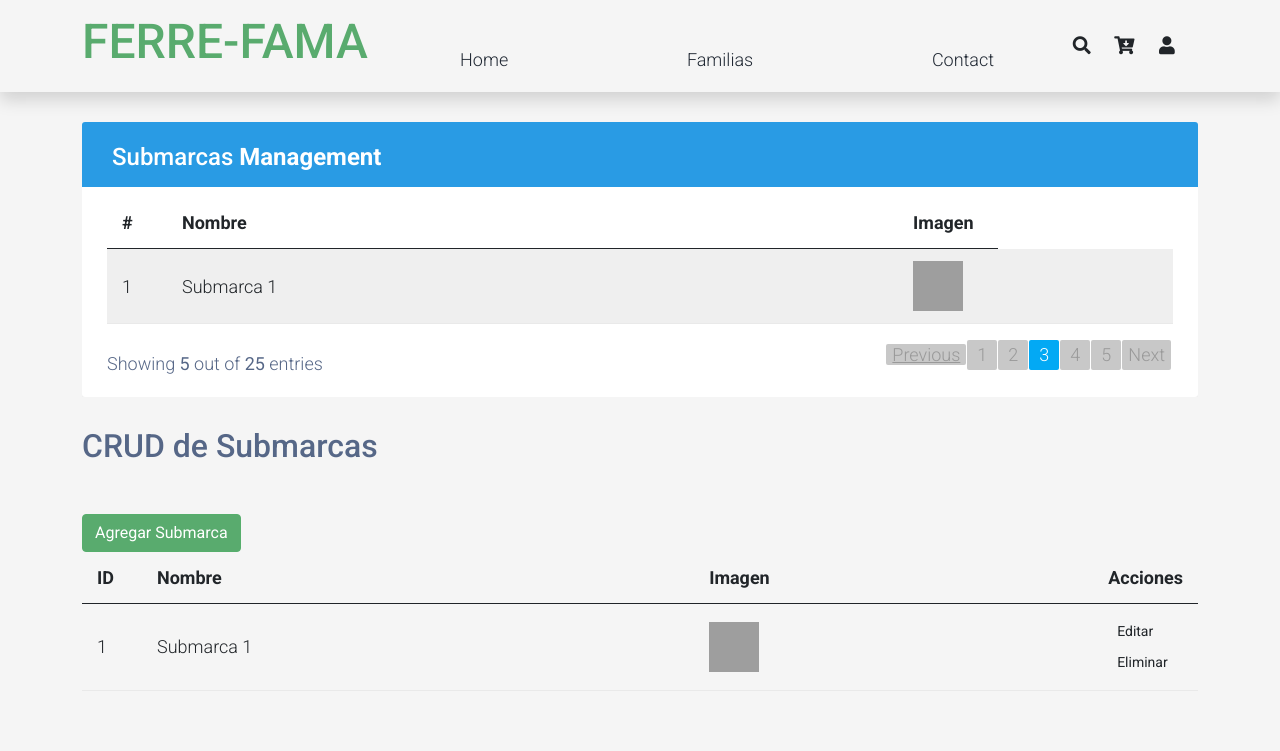
Repository: Yaqode/front-fama
Page: http://localhost/multimedia/Views/marcas.php
An editor plug-in stored every save of this project. The page is shown before and after the next save, followed by the edit.
The browser window is 1280 px wide. The pictures show the whole page.
Pictures or frames that could not be fetched are drawn as grey boxes. The page is run by PHP 8.4 with error messages shown; the project is at /var/www/html/.

Above is the page before, as saved 2023-12-07 11:12:59.

### Views/marcas.php
<!DOCTYPE html>
<html lang="es">

<head>
    <meta charset="UTF-8">
    <meta name="viewport" content="width=device-width, initial-scale=1.0">
    <title>Marcas</title>
    <link rel="apple-touch-icon" href="img/apple-icon.png">
    <link rel="shortcut icon" type="image/x-icon" href="img/favicon.ico">
    <link rel="stylesheet" href="./../css/bootstrap.min.css">
    <link rel="stylesheet" href="./../css/templatemo.css">
    <link rel="stylesheet" href="./../css/style.css">
    <!-- Load fonts style after rendering the layout styles -->
    <link rel="stylesheet"
        href="https://fonts.googleapis.com/css2?family=Roboto:wght@100;200;300;400;500;700;900&display=swap">
    <link rel="stylesheet" href="./../css/fontawesome.min.css">

</head>

<style>
    body {
        color: #566787;
        background: #f5f5f5;
        font-family: 'Varela Round', sans-serif;
        font-size: 13px;
    }
    .table-responsive {
        margin: 30px 0;
    }
    .table-wrapper {
        min-width: 1000px;
        background: #fff;
        padding: 20px 25px;
        border-radius: 3px;
        box-shadow: 0 1px 1px rgba(0,0,0,.05);
    }
    .table-title {
        padding-bottom: 15px;
        background: #299be4;
        color: #fff;
        padding: 16px 30px;
        margin: -20px -25px 10px;
        border-radius: 3px 3px 0 0;
    }
    .table-title h2 {
        margin: 5px 0 0;
        font-size: 24px;
    }
    .table-title .btn {
        color: #566787;
        float: right;
        font-size: 13px;
        background: #fff;
        border: none;
        min-width: 50px;
        border-radius: 2px;
        border: none;
        outline: none !important;
        margin-left: 10px;
    }
    .table-title .btn:hover, .table-title .btn:focus {
        color: #566787;
        background: #f2f2f2;
    }
    .table-title .btn i {
        float: left;
        font-size: 21px;
        margin-right: 5px;
    }
    .table-title .btn span {
        float: left;
        margin-top: 2px;
    }
    table.table tr th, table.table tr td {
        border-color: #e9e9e9;
        padding: 12px 15px;
        vertical-align: middle;
    }
    table.table tr th:first-child {
        width: 60px;
    }
    table.table tr th:last-child {
        width: 100px;
    }
    table.table-striped tbody tr:nth-of-type(odd) {
        background-color: #fcfcfc;
    }
    table.table-striped.table-hover tbody tr:hover {
        background: #f5f5f5;
    }
    table.table th i {
        font-size: 13px;
        margin: 0 5px;
        cursor: pointer;
    }
    table.table td:last-child i {
        opacity: 0.9;
        font-size: 22px;
        margin: 0 5px;
    }
    table.table td a {
        font-weight: bold;
        color: #566787;
        display: inline-block;
        text-decoration: none;
    }
    table.table td a:hover {
        color: #2196F3;
    }
    table.table td a.settings {
        color: #2196F3;
    }
    table.table td a.delete {
        color: #F44336;
    }
    table.table td i {
        font-size: 19px;
    }
    table.table .avatar {
        border-radius: 50%;
        vertical-align: middle;
        margin-right: 10px;
    }
    .status {
        font-size: 30px;
        margin: 2px 2px 0 0;
        display: inline-block;
        vertical-align: middle;
        line-height: 10px;
    }
    .text-success {
        color: #10c469;
    }
    .text-info {
        color: #62c9e8;
    }
    .text-warning {
        color: #FFC107;
    }
    .text-danger {
        color: #ff5b5b;
    }
    .pagination {
        float: right;
        margin: 0 0 5px;
    }
    .pagination li a {
        border: none;
        font-size: 13px;
        min-width: 30px;
        min-height: 30px;
        color: #999;
        margin: 0 2px;
        line-height: 30px;
        border-radius: 2px !important;
        text-align: center;
        padding: 0 6px;
    }
    .pagination li a:hover {
        color: #666;
    }
    .pagination li.active a, .pagination li.active a.page-link {
        background: #03A9F4;
    }
    .pagination li.active a:hover {
        background: #0397d6;
    }
    .pagination li.disabled i {
        color: #ccc;
    }
    .pagination li i {
        font-size: 16px;
        padding-top: 6px
    }
    .hint-text {
        float: left;
        margin-top: 10px;
        font-size: 13px;
    }
</style>

<!-- Header -->
<nav class="navbar navbar-expand-lg navbar-light shadow">
    <div class="container d-flex justify-content-between align-items-center">

        <a class="navbar-brand text-success logo h1 align-self-center" href="index.html">
            FERRE-FAMA
        </a>

        <button class="navbar-toggler border-0" type="button" data-bs-toggle="collapse"
            data-bs-target="#templatemo_main_nav" aria-controls="navbarSupportedContent" aria-expanded="false"
            aria-label="Toggle navigation">
            <span class="navbar-toggler-icon"></span>
        </button>

        <div class="align-self-center collapse navbar-collapse flex-fill  d-lg-flex justify-content-lg-between"
            id="templatemo_main_nav">
            <div class="flex-fill">
                <ul class="nav navbar-nav d-flex justify-content-between mx-lg-auto">
                    <li class="nav-item">
                        <a class="nav-link" href="">Home</a>
                    </li>
                    <li class="nav-item">
                        <a class="nav-link" href="">Familias</a>
                    </li>
                    <li class="nav-item">
                        <a class="nav-link" href="">Contact</a>
                    </li>
                </ul>
            </div>
            <div class="navbar align-self-center d-flex">
                <div class="d-lg-none flex-sm-fill mt-3 mb-4 col-7 col-sm-auto pr-3">
                    <div class="input-group">
                        <input type="text" class="form-control" id="inputMobileSearch" placeholder="Search ...">
                        <div class="input-group-text">
                            <i class="fa fa-fw fa-search"></i>
                        </div>
                    </div>
                </div>
                <a class="nav-icon d-none d-lg-inline" href="#" data-bs-toggle="modal"
                    data-bs-target="#templatemo_search">
                    <i class="fa fa-fw fa-search text-dark mr-2"></i>
                </a>
                <a class="nav-icon position-relative text-decoration-none" href="">
                    <i class="fa fa-fw fa-cart-arrow-down text-dark mr-1"></i>
                    <span
                        class="position-absolute top-0 left-100 translate-middle badge rounded-pill bg-light text-dark"></span>
                </a>
                <a class="nav-icon position-relative text-decoration-none" href="Views/login.php">
                    <i class="fa fa-fw fa-user text-dark mr-3"></i>
                    <span
                        class="position-absolute top-0 left-100 translate-middle badge rounded-pill bg-light text-dark"></span>
                </a>
            </div>
        </div>

    </div>
</nav>
<!-- Close Header -->


<div class="container-xl">
    <div class="table-responsive">
        <div class="table-wrapper">
            <div class="table-title">
                <div class="row">
                    <div class="col-sm-5">
                        <h2>Submarcas <b>Management</b></h2>
                    </div>
                </div>
            </div>
            <table class="table table-striped table-hover">
                <thead>
                    <tr>
                        <th>#</th>
                        <th>Nombre</th>
                        <th>Imagen</th>
                    </tr>
                </thead>
                <tbody>
                    <tr>
                        <td>1</td>
                        <td>Submarca 1</td>
                        <!-- La columna de la imagen puede contener una etiqueta img -->
                        <td><img src="ruta_de_la_imagen/submarca1.jpg" alt="" style="width: 50px; height: 50px;"></td>
                        <td>
                    </tr>

                </tbody>
            </table>
            <div class="clearfix">
                <div class="hint-text">Showing <b>5</b> out of <b>25</b> entries</div>
                <ul class="pagination">
                    <li class="page-item disabled"><a href="#">Previous</a></li>
                    <li class="page-item"><a href="#" class="page-link">1</a></li>
                    <li class="page-item"><a href="#" class="page-link">2</a></li>
                    <li class="page-item active"><a href="#" class="page-link">3</a></li>
                    <li class="page-item"><a href="#" class="page-link">4</a></li>
                    <li class="page-item"><a href="#" class="page-link">5</a></li>
                    <li class="page-item"><a href="#" class="page-link">Next</a></li>
                </ul>
            </div>
        </div>
    </div>
</div>


<div class="container">
    <h2 class="mb-4">CRUD de Submarcas</h2>

    <!-- Botón para abrir el modal de agregar submarca -->
    <button type="button" class="btn btn-success text-white mt-4" data-bs-toggle="modal"
        data-bs-target="#modalSubmarca">
        Agregar Submarca
    </button>

    <!-- Tabla para mostrar las submarcas -->
    <table class="table">
        <thead>
            <tr>
                <th>ID</th>
                <th>Nombre</th>
                <th>Imagen</th>
                <th>Acciones</th>
            </tr>
        </thead>
        <tbody>
            <!-- Aquí se agregarán las filas de submarcas dinámicamente desde el servidor -->
            <tr>
                <td>1</td>
                <td>Submarca 1</td>
                <!-- La columna de la imagen puede contener una etiqueta img -->
                <td><img src="ruta_de_la_imagen/submarca1.jpg" alt="" style="width: 50px; height: 50px;"></td>
                <td>
                    <!-- Botones para editar y eliminar cada submarca -->
                    <button type="button" class="btn btn-editar btn-sm" data-toggle="modal"
                        data-target="#modalEditarSubmarca">
                        Editar
                    </button>
                    <button type="button" class="btn btn-eliminar btn-sm" data-toggle="modal"
                        data-target="#modalEliminarSubmarca">
                        Eliminar
                    </button>
                </td>
            </tr>
        </tbody>
    </table>
</div>

<!-- Modal para agregar submarca -->
<div class="modal fade" id="modalSubmarca" tabindex="-1" aria-labelledby="exampleModalLabel" aria-hidden="true">
    <div class="modal-dialog modal-lg">
        <div class="modal-content">
            <div class="modal-header">
                <h1 class="modal-title fs-5" id="exampleModalLabel">Agregar Submarca</h1>
                <button type="button" class="btn-close" data-bs-dismiss="modal" aria-label="Close"></button>
            </div>
            <div class="modal-body">
                <!-- Formulario para agregar submarca -->
                <form id="submarcaForm">
                    <div class="mb-3 d-flex justify-content-center align-items-center">
                        <label for="marcaSelect" class="form-label me-3">Marca:</label>
                        <select class="form-select me-3" id="marcaSelect" required>
                            <option value="marca1">Marca 1</option>
                            <option value="marca2">Marca 2</option>
                            <!-- Agrega más opciones según sea necesario -->
                        </select>
                        <button type="button" class="btn btn-success" data-bs-toggle="modal"
                            data-bs-target="#modalAgregarMarca">
                            Agregar Modal Marca
                        </button>
                    </div>
                    <div class="mb-3">
                        <label for="submarcaInput" class="form-label">Nombre de la Submarca:</label>
                        <input type="text" class="form-control" id="submarcaInput" required>
                    </div>
                    <div class="mb-3">
                        <label for="logoInput" class="form-label">Agregar Logo:</label>
                        <input type="file" class="form-control" id="logoInput" accept="image/*">
                    </div>
                </form>
            </div>
            <div class="modal-footer">
                <button type="button" class="btn btn-secondary" data-bs-dismiss="modal">Cerrar</button>
                <button type="button" class="btn btn-primary" onclick="guardarSubmarca()">Guardar</button>
            </div>
        </div>
    </div>
</div>

<!-- Modal para editar submarca -->
<div class="modal fade" id="modalEditarSubmarca" tabindex="-1" role="dialog" aria-labelledby="modalEditarSubmarcaLabel"
    aria-hidden="true">
    <div class="modal-dialog modal-lg">
        <div class="modal-content">
            <div class="modal-header">
                <h1 class="modal-title fs-5" id="exampleModalLabel">Agregar Submarca</h1>
                <button type="button" class="btn-close" data-bs-dismiss="modal" aria-label="Close"></button>
            </div>
            <div class="modal-body">
                <!-- Formulario para agregar submarca -->
                <form id="submarcaForm">
                    <div class="mb-3 d-flex justify-content-center align-items-center">
                        <label for="marcaSelect" class="form-label me-3">Marca:</label>
                        <select class="form-select me-3" id="marcaSelect" required>
                            <option value="marca1">Marca 1</option>
                            <option value="marca2">Marca 2</option>
                            <!-- Agrega más opciones según sea necesario -->
                        </select>
                        <button type="button" class="btn btn-success" data-bs-toggle="modal"
                            data-bs-target="#modalAgregarMarca">
                            Agregar Modal Marca
                        </button>
                    </div>
                    <div class="mb-3">
                        <label for="submarcaInput" class="form-label">Nombre de la Submarca:</label>
                        <input type="text" class="form-control" id="submarcaInput" required>
                    </div>
                    <div class="mb-3">
                        <label for="logoInput" class="form-label">Agregar Logo:</label>
                        <input type="file" class="form-control" id="logoInput" accept="image/*">
                    </div>
                </form>
            </div>
            <div class="modal-footer">
                <button type="button" class="btn btn-secondary" data-bs-dismiss="modal">Cerrar</button>
                <button type="button" class="btn btn-primary" onclick="guardarSubmarca()">Guardar</button>
            </div>
        </div>
    </div>
</div>

<!-- Modal para eliminar submarca -->
<div class="modal fade" id="modalEliminarSubmarca" tabindex="-1" role="dialog"
    aria-labelledby="modalEliminarSubmarcaLabel" aria-hidden="true">
    <!-- Contenido del modal aquí -->
</div>





<!-- Agrega los enlaces a Bootstrap JS y Popper.js -->
<script src="./../js/jquery-1.11.0.min.js"></scrip>
<script src="./../js/jquery-migrate-1.2.1.min.js"></script>
<script src="./../js/bootstrap.bundle.min.js"></script>
<script src="./../js/templatemo.js"></script>
<script src="./../js/custom.js"></script>


</body>

</html>

### css/templatemo.css
/*

TemplateMo 559 Zay Shop

https://templatemo.com/tm-559-zay-shop

---------------------------------------------
Table of contents
------------------------------------------------
1. Typography
2. General
3. Nav
4. Hero Carousel
5. Accordion
6. Shop
7. Product
8. Carousel Hero
9. Carousel Brand
10. Services
11. Contact map
12. Footer
13. Small devices (landscape phones, 576px and up)
14. Medium devices (tablets, 768px and up)
15. Large devices (desktops, 992px and up)
16. Extra large devices (large desktops, 1200px and up)
--------------------------------------------- */




/* Typography */
body, ul, li, p, a, label, input, div {
  font-family: 'Roboto', sans-serif;
  font-size: 18px !important;
  font-weight: 300 !important;
}
.h1 {
  font-family: 'Roboto', sans-serif;
  font-size: 48px !important;
  font-weight: 200 !important;
}
.h2 {
  font-family: 'Roboto', sans-serif;
  font-size: 30px !important;
  font-weight: 300;
}
.h3 {
  font-family: 'Roboto', sans-serif;
  font-size: 22px !important;
}
/* General */
.logo { font-weight: 500 !important;}
.text-warning {  color: #ede861 !important;}
.text-muted { color: #bcbcbc !important;}
.text-success { color: #59ab6e !important;}
.text-light { color: #cfd6e1 !important;}
.bg-dark { background-color: #212934 !important;}
.bg-light { background-color: #e9eef5 !important;}
.bg-black { background-color: #1d242d !important;}
.bg-success { background-color: #59ab6e !important;}
.btn-success {
  background-color: #59ab6e !important;
  border-color: #56ae6c !important;
}
.pagination .page-link:hover {color: #000;}
.pagination .page-link:hover, .pagination .page-link.active {
  background-color: #69bb7e;
  color: #fff;
}
/* Nav */
#templatemo_nav_top { min-height: 40px;}
#templatemo_nav_top * { font-size: .9em !important;}
#templatemo_main_nav a { color: #212934;}
#templatemo_main_nav a:hover { color: #69bb7e;}
#templatemo_main_nav .navbar .nav-icon { margin-right: 20px;}

/* Hero Carousel */
#template-mo-zay-hero-carousel { background: #efefef !important;}
/* Accordion */
.templatemo-accordion a { color: #000;}
.templatemo-accordion a:hover { color: #333d4a;}
/* Shop */
.shop-top-menu a:hover { color: #69bb7e !important;}
/* Product */
.product-wap { box-shadow: 0px 5px 10px 0px rgba(0, 0, 0, 0.10);}
.product-wap .product-color-dot.color-dot-red { background:#f71515;}
.product-wap .product-color-dot.color-dot-blue { background:#6db4fe;}
.product-wap .product-color-dot.color-dot-black { background:#000000;}
.product-wap .product-color-dot.color-dot-light { background:#e0e0e0;}
.product-wap .product-color-dot.color-dot-green { background:#0bff7e;}
.card.product-wap .card .product-overlay {
  background: rgba(0,0,0,.2);
  visibility: hidden;
  opacity: 0;
  transition: .3s;
}
.card.product-wap:hover .card .product-overlay {
  visibility: visible;
  opacity: 1;
}
.card.product-wap a { color: #000;}
#carousel-related-product .slick-slide:focus { outline: none !important;}
#carousel-related-product .slick-dots li button:before {
  font-size: 15px;
  margin-top: 20px;
}
/* Brand */
.brand-img {
  filter: grayscale(100%);
  opacity: 0.5;
  transition: .5s;
}
.brand-img:hover {
  filter: grayscale(0%);
  opacity: 1;
}
/* Carousel Hero */
#template-mo-zay-hero-carousel .carousel-indicators li {
  margin-top: -50px;
  background-color: #59ab6e;
}
#template-mo-zay-hero-carousel .carousel-control-next i,
#template-mo-zay-hero-carousel .carousel-control-prev i {
  color: #59ab6e !important;
  font-size: 2.8em !important;
}
/* Carousel Brand */
.tempaltemo-carousel .h1 {
  font-size: .5em !important;
  color: #000 !important;
}
/* Services */
.services-icon-wap {transition: .3s;}
.services-icon-wap:hover, .services-icon-wap:hover i {color: #fff;}
.services-icon-wap:hover {background: #69bb7e;}
/* Contact map */
.leaflet-control a, .leaflet-control { font-size: 10px !important;}
.form-control { border: 1px solid #e8e8e8;}
/* Footer */
#tempaltemo_footer a { color: #dcdde1;}
#tempaltemo_footer a:hover { color: #68bb7d;}
#tempaltemo_footer ul.footer-link-list li { padding-top: 10px;}
#tempaltemo_footer ul.footer-icons li {
  width: 2.6em;
  height: 2.6em;
  line-height: 2.6em;
}
#tempaltemo_footer ul.footer-icons li:hover {
  background-color: #cfd6e1;
  transition: .5s;
}
#tempaltemo_footer ul.footer-icons li:hover i {
  color: #212934;
  transition: .5s;
}
#tempaltemo_footer .border-light { border-color: #2d343f !important;}
/*
// Extra small devices (portrait phones, less than 576px)
// No media query since this is the default in Bootstrap
*/
/* Small devices (landscape phones, 576px and up)*/
.product-wap .h3, .product-wap li, .product-wap i, .product-wap p {
  font-size: 12px !important;
}
.product-wap .product-color-dot {
  width: 6px;
  height: 6px;
}

@media (min-width: 576px) {
  .tempaltemo-carousel .h1 { font-size: 1em !important;}
}

/*// Medium devices (tablets, 768px and up)*/
@media (min-width: 768px) {
  #templatemo_main_nav .navbar-nav {max-width: 450px;}
 }

/* Large devices (desktops, 992px and up)*/
@media (min-width: 992px) {
  #templatemo_main_nav .navbar-nav {max-width: 550px;}
  #template-mo-zay-hero-carousel .carousel-item {min-height: 30rem !important;}
  .product-wap .h3, .product-wap li, .product-wap i, .product-wap p {font-size: 18px !important;}
  .product-wap .product-color-dot {
    width: 12px;
    height: 12px;
  }
}

/* Extra large devices (large desktops, 1200px and up)*/
@media (min-width: 1200px) {}

Loaded but not shown: css/bootstrap.min.css (library); css/fontawesome.min.css (library); js/jquery-1.11.0.min.js (library); js/bootstrap.bundle.min.js (library); js/templatemo.js (57 lines, source omitted); css/style.css (1719 lines, source omitted); multimedia/js/custom.js (no stored copy; drawn as an empty file)

After the next save:
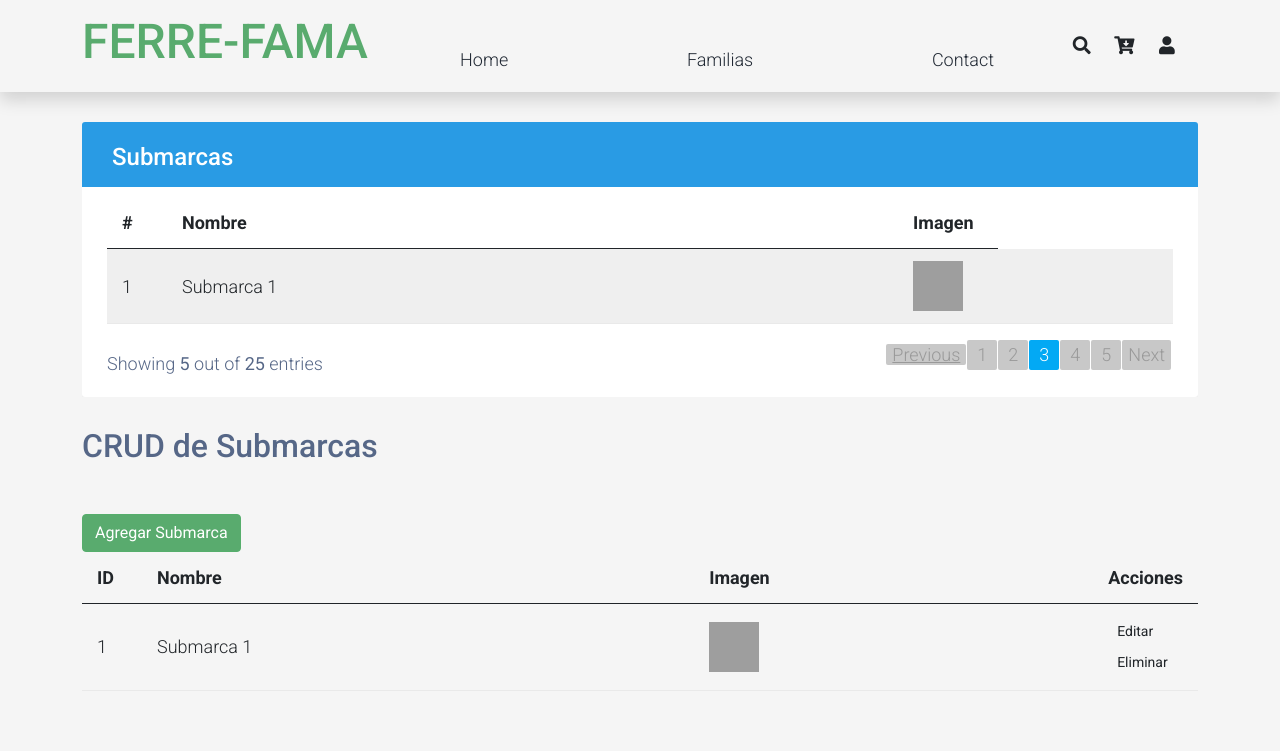
Saved 2 min 3 s later.
--- a/Views/marcas.php
+++ b/Views/marcas.php
@@ -245,7 +245,7 @@
             <div class="table-title">
                 <div class="row">
                     <div class="col-sm-5">
-                        <h2>Submarcas <b>Management</b></h2>
+                        <h2>Submarcas</h2>
                     </div>
                 </div>
             </div>
